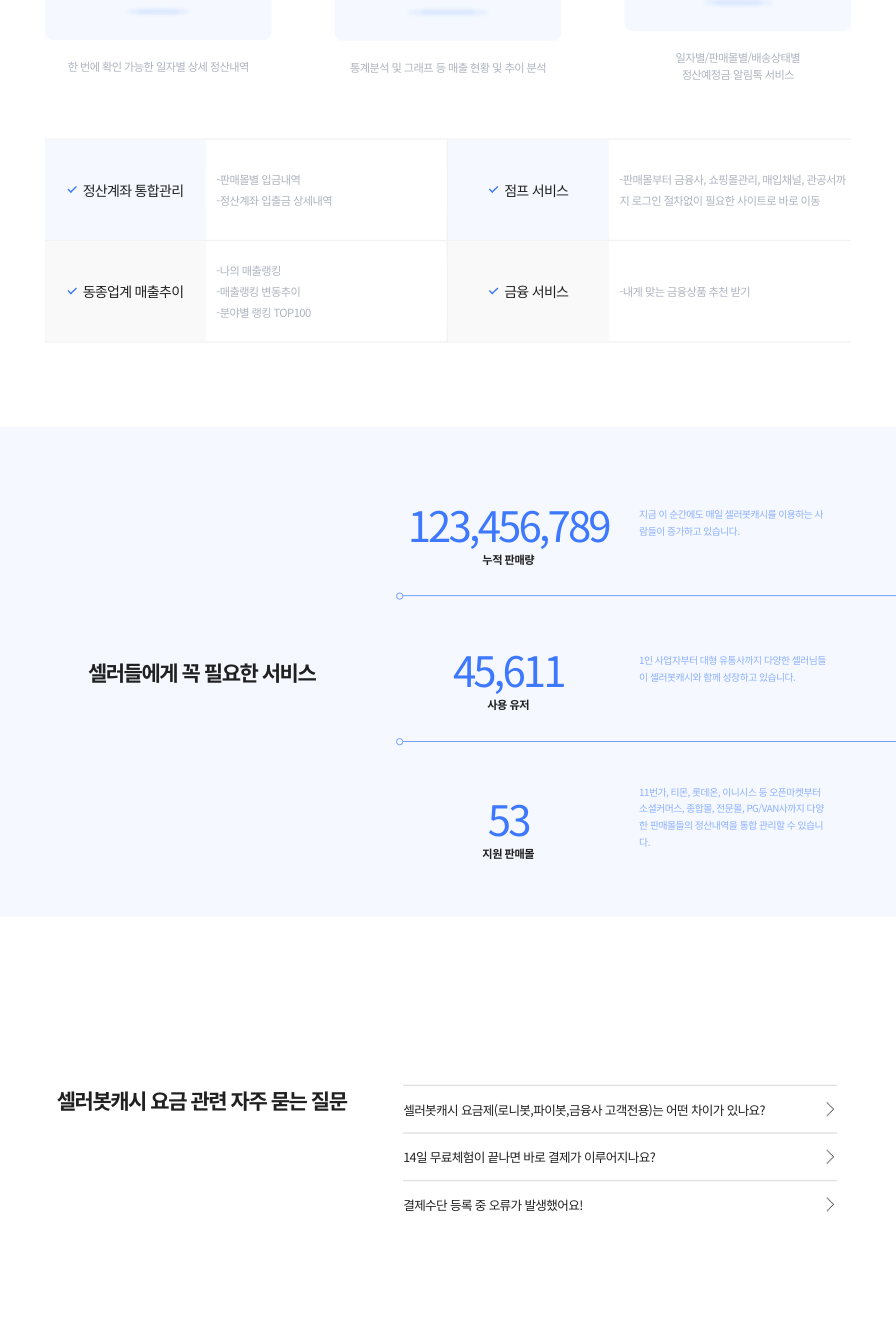
Repository: elemapfelr/ownServer
Page: test-server/web/sellerbot_signup/step_01.html
An editor plug-in stored every save of this project. The page is shown before and after the next save, followed by the edit.
The browser window is 1280 px wide. The pictures show the part of the page from y = 1522 to 3442 px (the page is 3676 px tall), at 70% of full size.
Some web libraries are served in a nearby version. The style sheet was rebuilt from its Sass, Less or Tailwind sources for each picture, by a compiler version that may differ from the author's.

Above is the page before, as saved 2023-03-21 10:49:14.

After the next save:
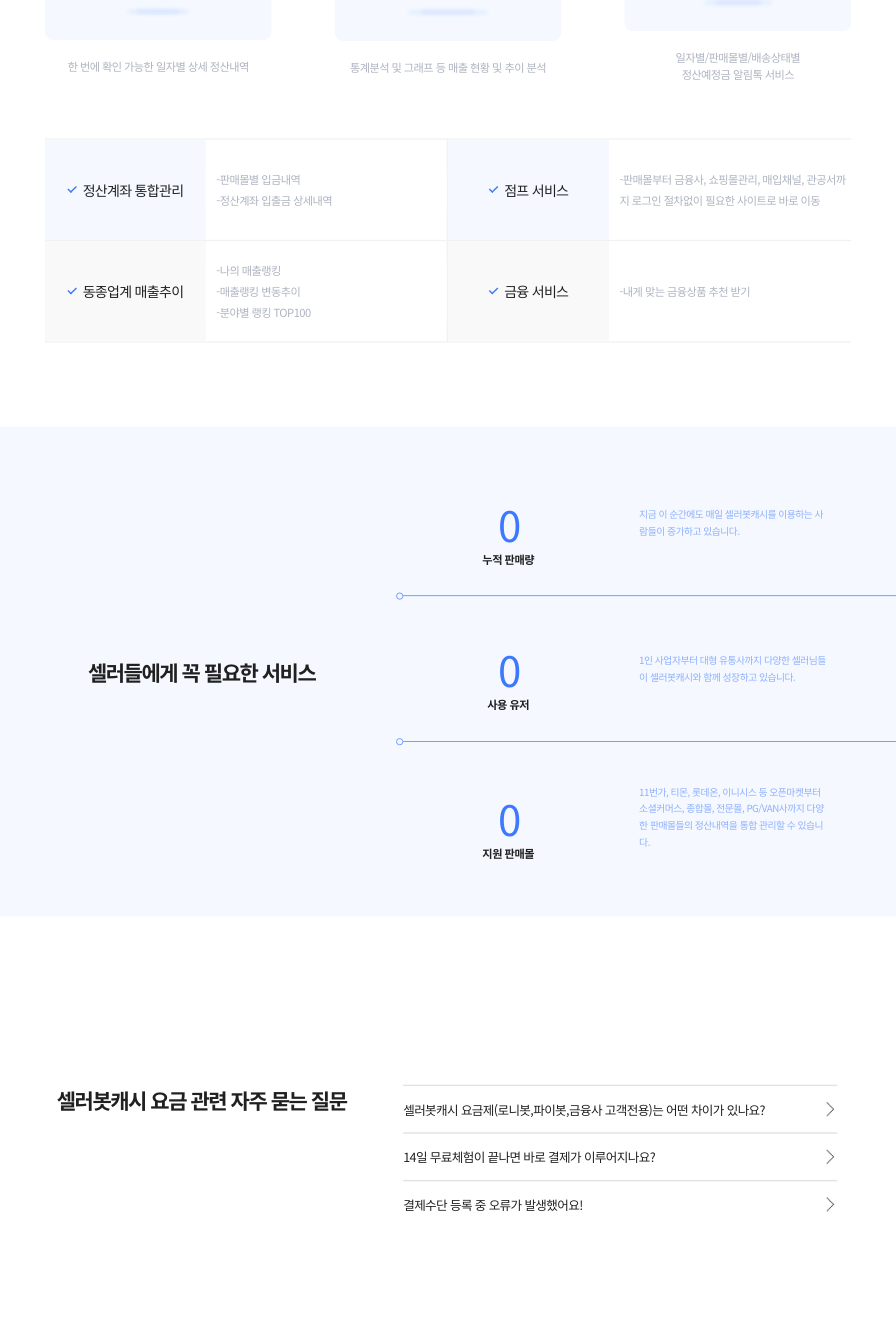
Console error: SyntaxError: Identifier 'numberWithCommas' has already been declared
Saved 11 s later.
--- a/test-server/web/sellerbot_signup/js/step_01.js
+++ b/test-server/web/sellerbot_signup/js/step_01.js
@@ -1,4 +1,5 @@
 import modalShow from './import/modalShow.js';
+import numberWithCommas from './import/numberWithCommas.js';
 
 document.querySelector('#nextStep').addEventListener('click', () => {
 	if (document.querySelector('#nextStep').classList.contains('active')) {

After the save that followed:
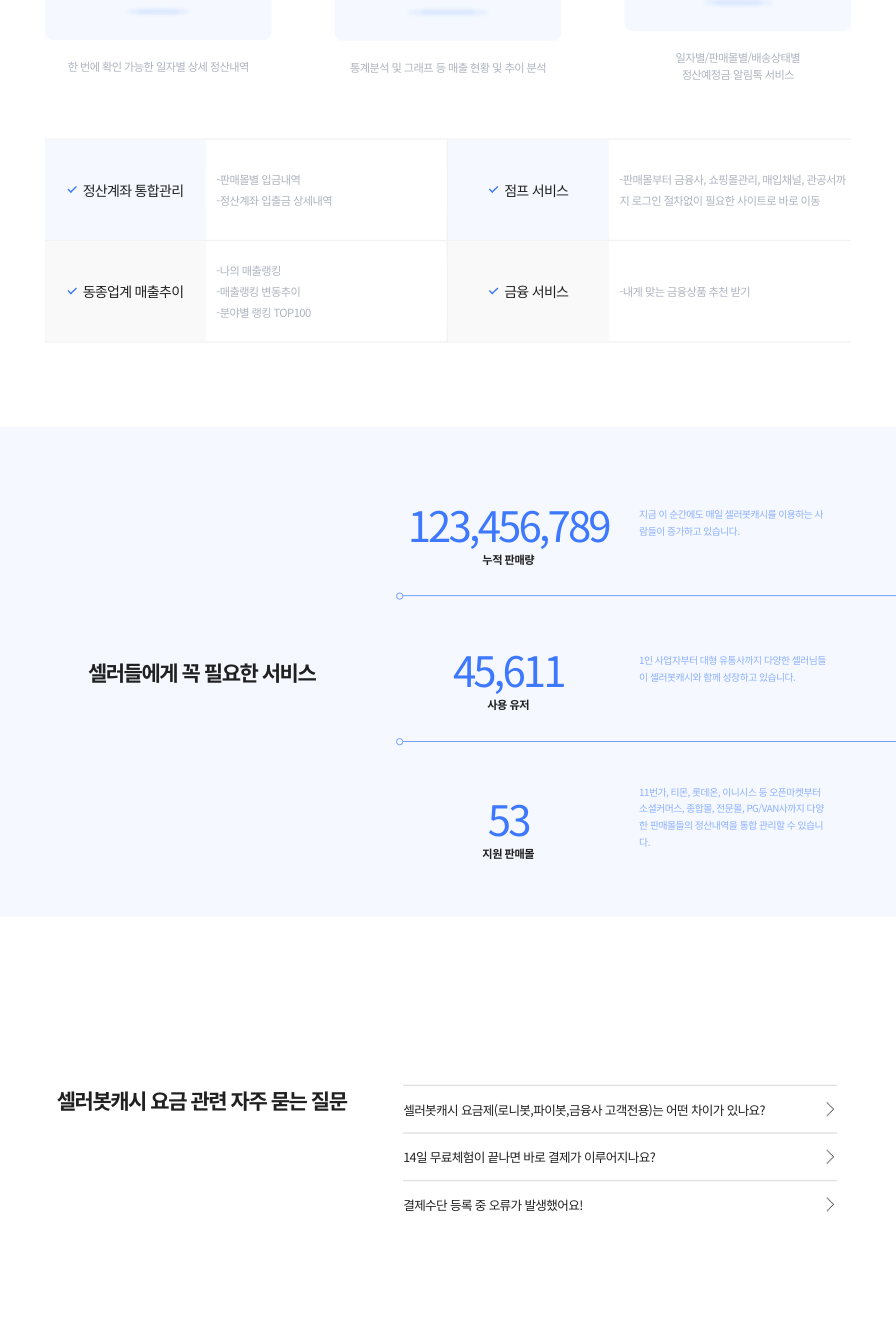
The error is gone.
Saved 5 s later.
--- a/test-server/web/sellerbot_signup/js/step_01.js
+++ b/test-server/web/sellerbot_signup/js/step_01.js
@@ -102,8 +102,3 @@
 function counterAnimate(target, max) {
 	setTimeout(() => counter(target, max), 0);
 }
-
-// 아이폰에서 구동안되는 문제 때문에 추가 20230320 수정
-const numberWithCommas = (number) => {
-	return number.toString().replace(/\d{1,3}(?=(\d{3})+(?!\d))/g, '$&,');
-};
